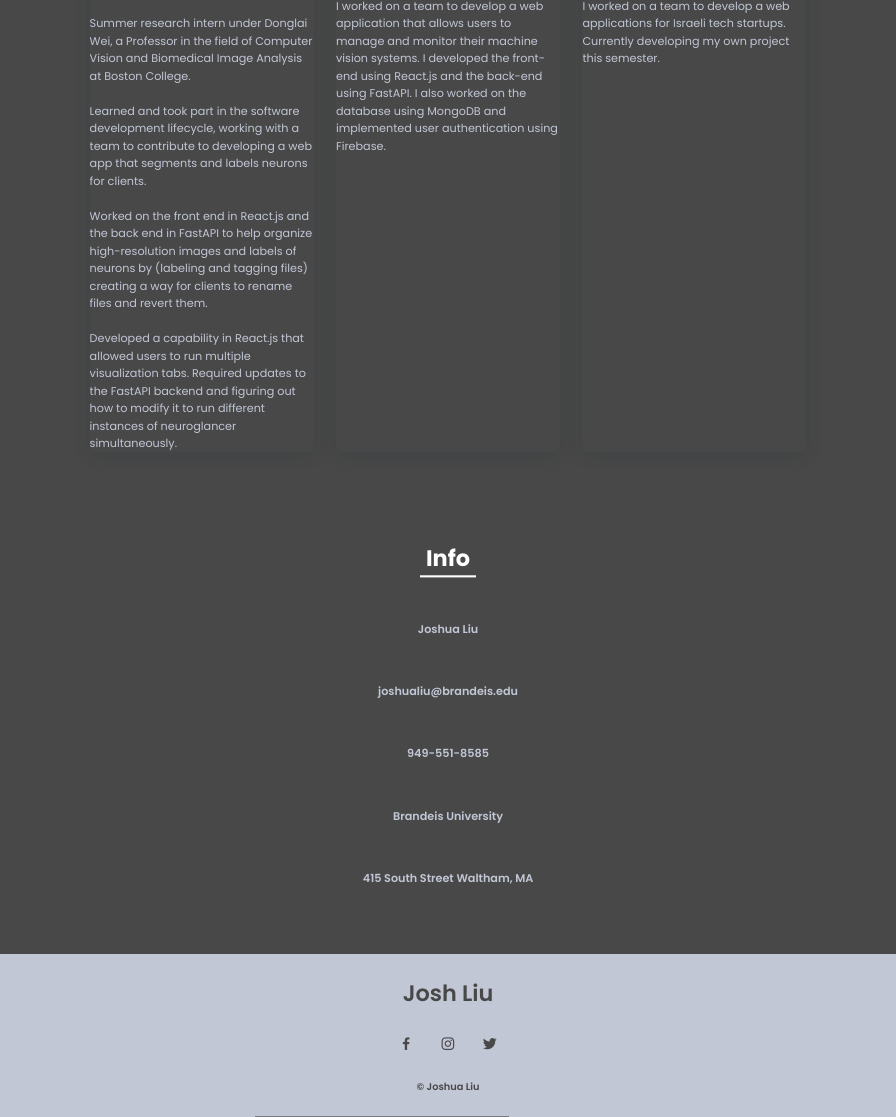
Repository: joshliu14/joshliu14.github.io
Page: index.html
An editor plug-in stored every save of this project. The page is shown before and after the next save, followed by the edit.
The browser window is 1280 px wide. The pictures show the part of the page from y = 2467 to 4387 px (the page is 4062 px tall before and 4387 px after), at 70% of full size.

Above is the page before, as saved 2024-02-01 00:52:28.

After the next save:
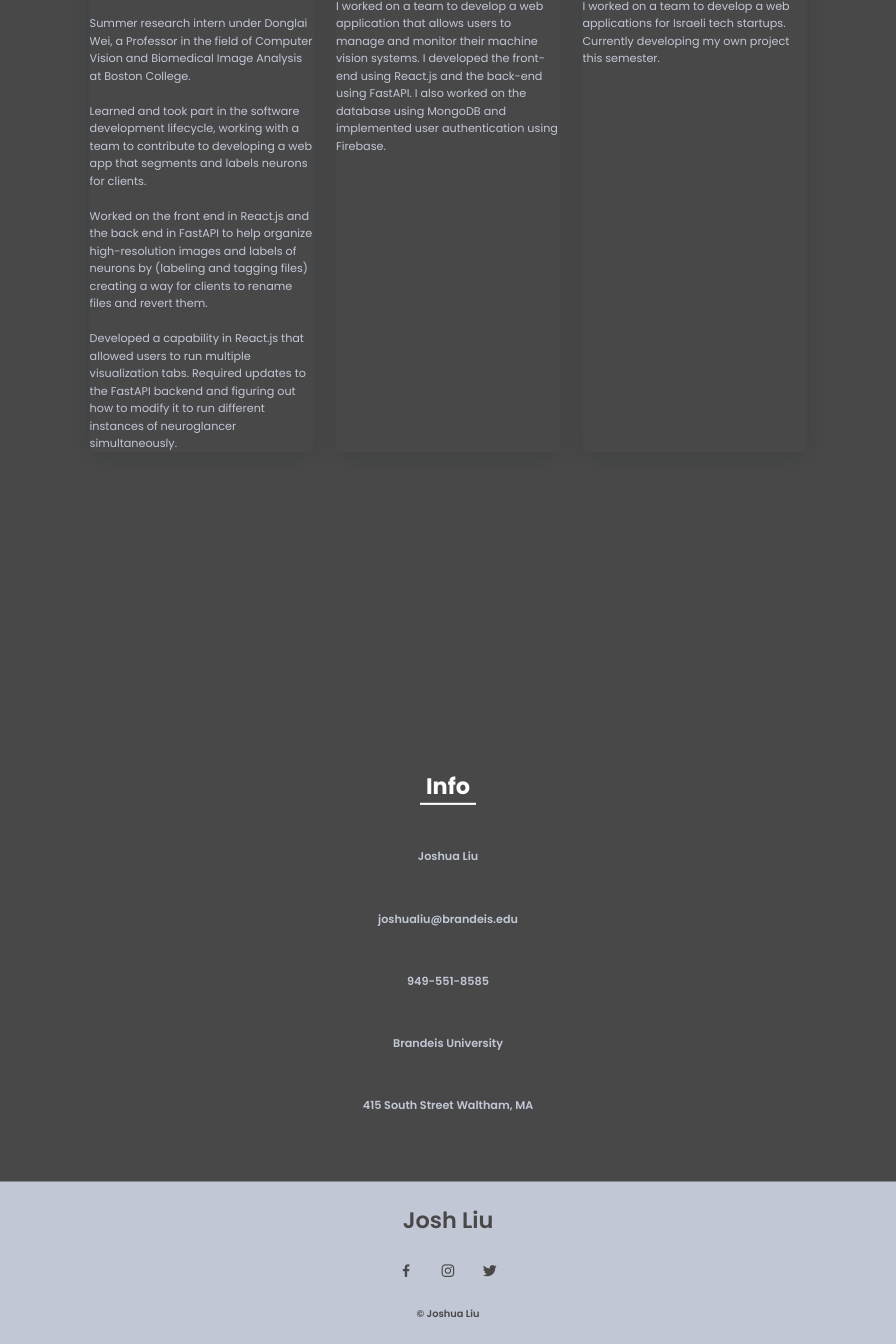
Saved 42 s later.
--- a/index.html
+++ b/index.html
@@ -277,6 +277,19 @@
 
       <!--===== CONTACT =====-->
       <section class="contact section" id="contact">
+        <br />
+        <br />
+        <br />
+        <br />
+        <br />
+        <br />
+        <br />
+        <br />
+        <br />
+        <br />
+        <br />
+        <br />
+        <br />
         <h2 class="section-title">Info</h2>
         <p class="contact__input">Joshua Liu</p>
         <p class="contact__input">joshualiu@brandeis.edu</p>

After the save that followed:
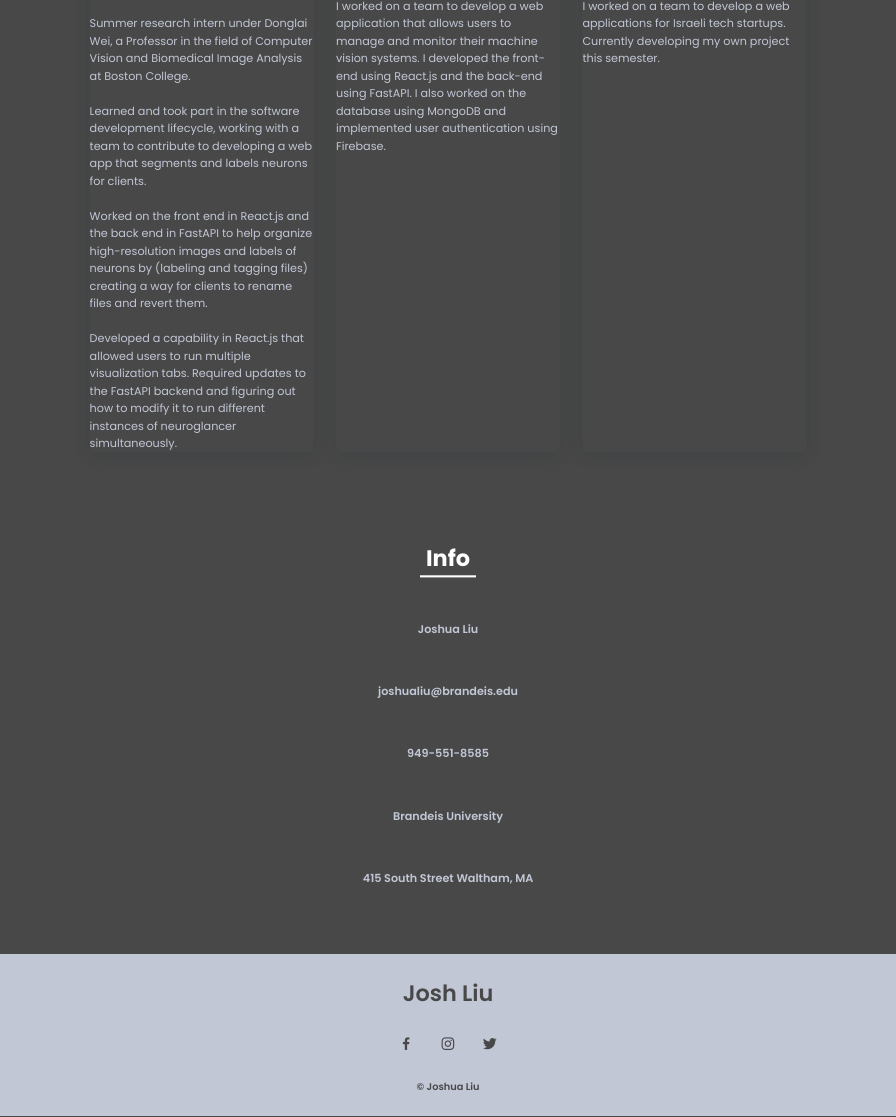
Saved 20 s later.
--- a/index.html
+++ b/index.html
@@ -277,19 +277,6 @@
 
       <!--===== CONTACT =====-->
       <section class="contact section" id="contact">
-        <br />
-        <br />
-        <br />
-        <br />
-        <br />
-        <br />
-        <br />
-        <br />
-        <br />
-        <br />
-        <br />
-        <br />
-        <br />
         <h2 class="section-title">Info</h2>
         <p class="contact__input">Joshua Liu</p>
         <p class="contact__input">joshualiu@brandeis.edu</p>
